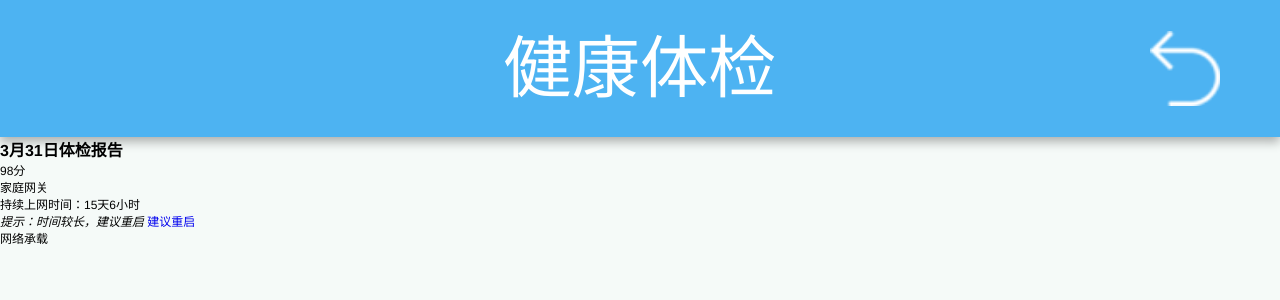
Repository: wangbiaozy/8.24
Page: index_health.html
An editor plug-in stored every save of this project. The page is shown before and after the next save, followed by the edit.
The browser window is 1280 px wide. The pictures show the whole page.

Above is the page before, as saved 2018-08-23 20:24:08.

After the next save:
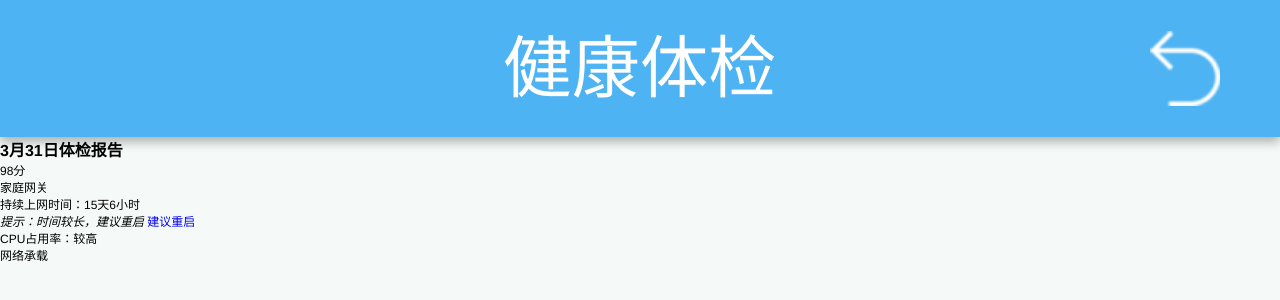
Saved 22 s later.
--- a/index_health.html
+++ b/index_health.html
@@ -33,6 +33,9 @@
                 <i>提示：时间较长，建议重启</i>
                 <a href="javascript:void(0)">建议重启</a>
             </li>
+            <li>
+                <p>CPU占用率：<span>较高</span></p>
+            </li>
         </ul>
         <div class="title">
             <span></span>
